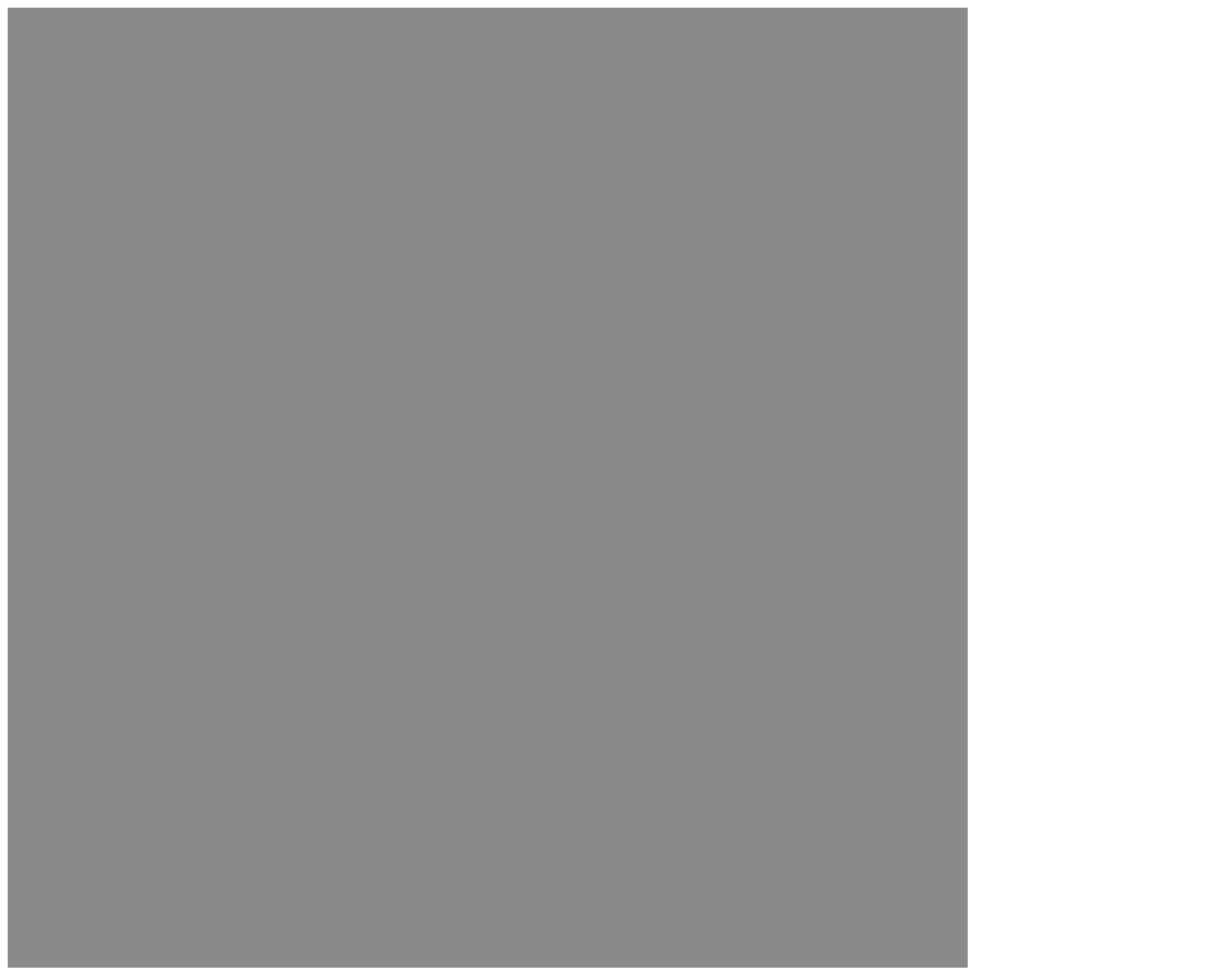
Repository: 2077Alex/Frond_End_Practice
Page: day03/01-综合案例（必做）/02-（案例）综合案例2-卡片居中案例/p.html
These files come from the project's save history. The page is drawn as it stood at one moment and after the next save; the edit follows.
The browser window is 1280 px wide. The pictures show the whole page, at 96% of full size.

Above is the page before, as saved 2024-06-02 16:16:55.

After the next save:
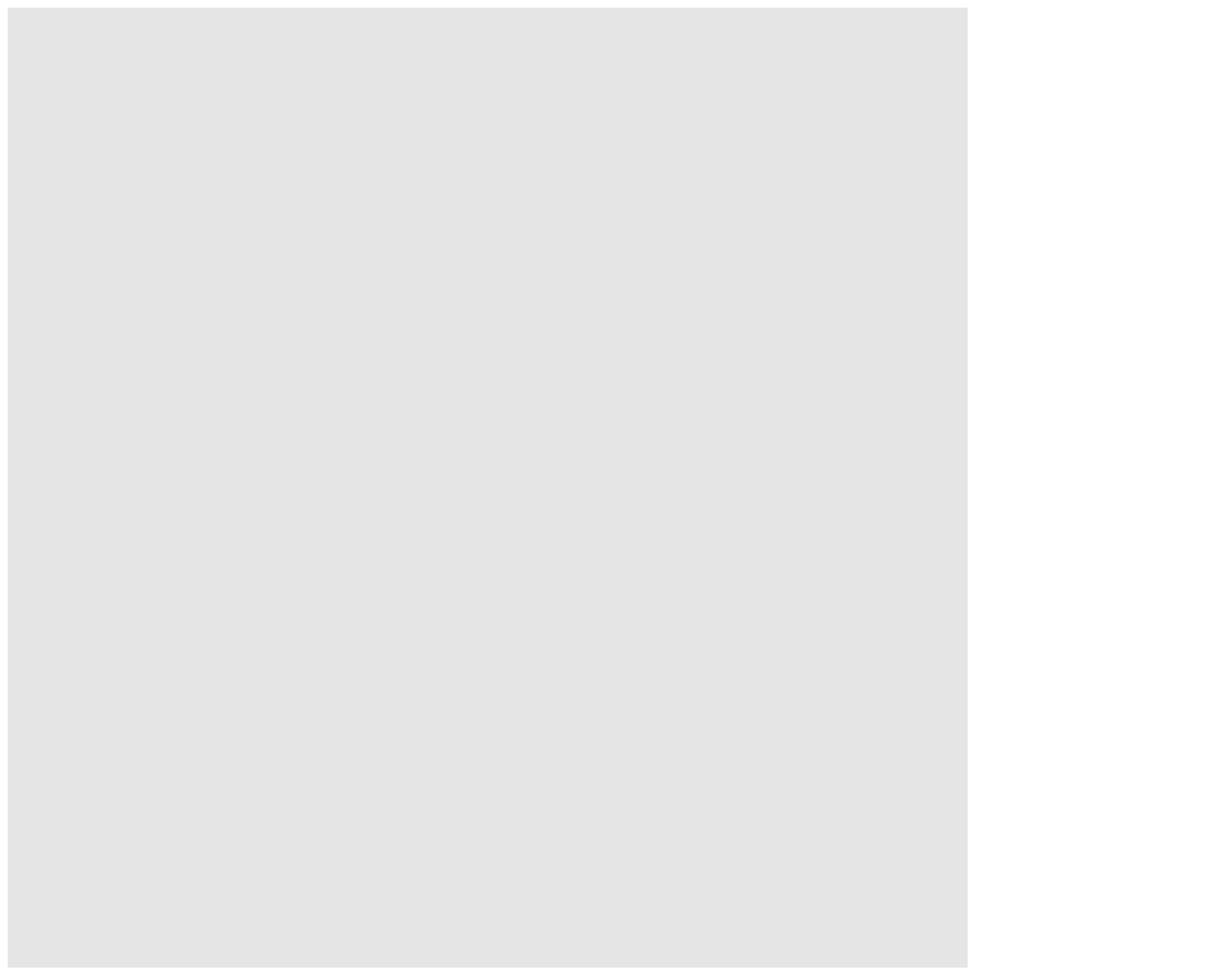
Saved 4 s later.
--- a/day03/01-综合案例（必做）/02-（案例）综合案例2-卡片居中案例/p.html
+++ b/day03/01-综合案例（必做）/02-（案例）综合案例2-卡片居中案例/p.html
@@ -13,7 +13,7 @@
         height: 500;
     }
     div{
-        background-color: rgb(139, 138, 138);
+        background-color: rgb(229, 229, 229);
         height: 1000px;
         width: 1000px;
     }
